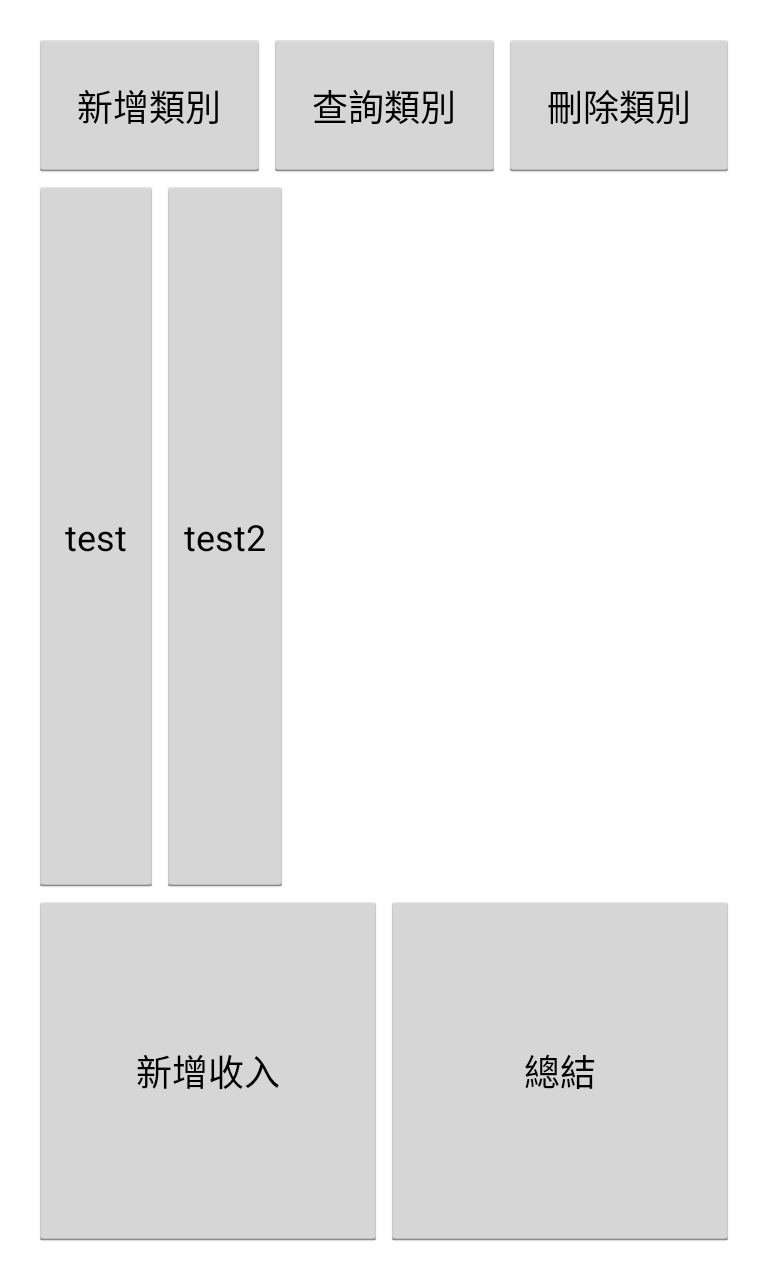
Repository: rayyrayy/Android-app-project
Layout: flashaccounting/easy money manager/res/layout/activity_main.xml
An editor plug-in stored every save of this project. The layout is shown before and after the next save, followed by the edit.
It is drawn on a 768 x 1280 px phone screen (xhdpi) without system bars, with theme AppTheme; the app's code is not run.

Above is the layout before, as saved 2014-11-03 03:34:39.

### flashaccounting/easy money manager/res/layout/activity_main.xml
<RelativeLayout xmlns:android="http://schemas.android.com/apk/res/android"
    xmlns:tools="http://schemas.android.com/tools"
    android:layout_width="fill_parent"
    android:layout_height="fill_parent"
    android:paddingBottom="@dimen/activity_vertical_margin"
    android:paddingLeft="@dimen/activity_horizontal_margin"
    android:paddingRight="@dimen/activity_horizontal_margin"
    android:paddingTop="@dimen/activity_vertical_margin"
    tools:context="com.example.easymoneymanager.MainActivity" >

    <LinearLayout
    android:layout_width="fill_parent"
   	android:layout_height="fill_parent"
	android:orientation="vertical">

   <LinearLayout
    android:layout_width="fill_parent"
   	android:layout_height="wrap_content"
   	android:layout_weight="1"
   	android:orientation="horizontal">

   	    <LinearLayout
    	android:layout_width="fill_parent"
   		android:layout_height="fill_parent"
   		android:layout_weight="1"
   		android:orientation="horizontal">

    		<Button
        	android:id="@+id/AddClass"
        	android:layout_width="fill_parent"
        	android:layout_height="fill_parent"
        	android:text="新增類別" />

		</LinearLayout>

   		<LinearLayout
       	android:layout_width="fill_parent"
   		android:layout_height="fill_parent"
   		android:layout_weight="1"
   		android:orientation="horizontal">

   		    <Button
        	android:id="@+id/button1"
        	android:layout_width="fill_parent"
        	android:layout_height="fill_parent"
        	android:onClick="querytable"
        	android:text="查詢類別" />

    	</LinearLayout>

   		<LinearLayout
       	android:layout_width="fill_parent"
   		android:layout_height="fill_parent"
   		android:layout_weight="1"
   		android:orientation="horizontal">

    		<Button
        	android:id="@+id/DelClass"
        	android:layout_width="fill_parent"
        	android:layout_height="fill_parent"
        	android:onClick="DelClass"
        	android:text="刪除類別" />

  	  	</LinearLayout>

	</LinearLayout>

   	<LinearLayout
    android:layout_width="fill_parent"
    android:layout_height="wrap_content"
   	android:layout_weight="12"
   	android:orientation="horizontal">

	    <GridLayout
  	      android:id="@+id/gridLayout1"
	      android:layout_width="fill_parent"
 	      android:layout_height="fill_parent"
 	      android:columnCount="3"
  	      android:orientation="horizontal"
  	      android:stretchMode="spacingWidthUniform"
  	      android:rowCount="3"
  	      android:layout_gravity="fill">

	        <Button
        	android:id="@+id/test"
        	android:layout_width="wrap_content"
        	android:layout_height="match_parent"
        	android:layout_gravity="fill_vertical"
        	android:text="test" />

	        <Button
        	android:id="@+id/test2"
        	android:layout_width="wrap_content"
        	android:layout_height="match_parent"
        	android:layout_gravity="fill_vertical"
        	android:text="test2" />
 	   </GridLayout>

    </LinearLayout>


   	<LinearLayout
    android:layout_width="fill_parent"
    android:layout_height="wrap_content"
   	android:layout_weight="5"
   	android:orientation="horizontal">

   	    <LinearLayout
       	android:layout_width="fill_parent"
   		android:layout_height="fill_parent"
   		android:layout_weight="1"
   		android:orientation="horizontal">

  			<Button
        	android:id="@+id/button3"
        	android:layout_width="fill_parent"
        	android:layout_height="fill_parent"
        	android:text="新增收入" />

  		</LinearLayout>

   	    <LinearLayout
       	android:layout_width="fill_parent"
   		android:layout_height="fill_parent"
   		android:layout_weight="1"
   		android:orientation="horizontal">

  			<Button
        	android:id="@+id/button4"
        	android:layout_width="fill_parent"
        	android:layout_height="fill_parent"
        	android:text="總結" />

  		</LinearLayout>
    </LinearLayout>

   	</LinearLayout>
</RelativeLayout>

Loaded but not shown: flashaccounting/easy money manager/res/values/styles.xml (common file); flashaccounting/easy money manager/res/values-v11/styles.xml (common file); flashaccounting/easy money manager/res/values-v14/styles.xml (common file); flashaccounting/easy money manager/res/values/dimens.xml (common file); flashaccounting/easy money manager/res/values-w820dp/dimens.xml (common file)

After the next save:
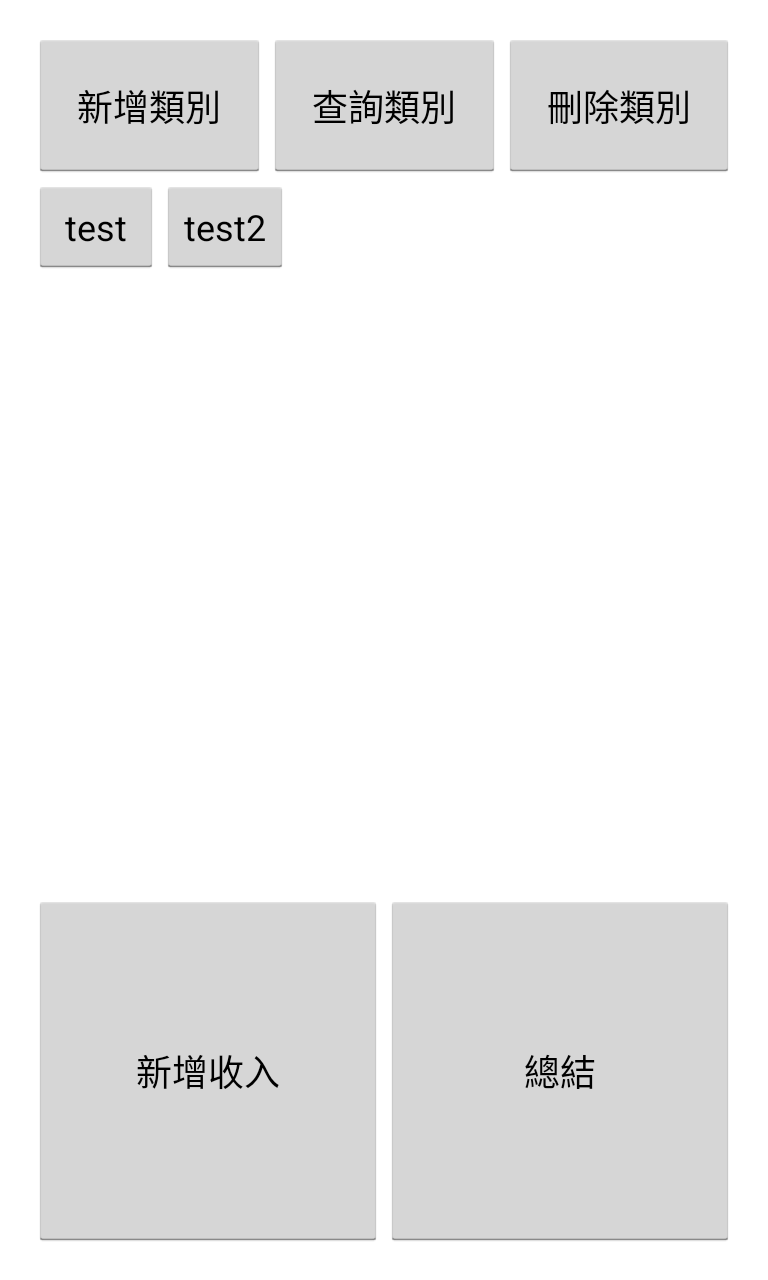
Saved 2 min 15 s later.
--- a/flashaccounting/easy money manager/res/layout/activity_main.xml
+++ b/flashaccounting/easy money manager/res/layout/activity_main.xml
@@ -84,14 +84,14 @@
 	        <Button
         	android:id="@+id/test"
         	android:layout_width="wrap_content"
-        	android:layout_height="match_parent"
+        	android:layout_height="wrap_content"
         	android:layout_gravity="fill_vertical"
         	android:text="test" />
 
 	        <Button
         	android:id="@+id/test2"
         	android:layout_width="wrap_content"
-        	android:layout_height="match_parent"
+        	android:layout_height="wrap_content"
         	android:layout_gravity="fill_vertical"
         	android:text="test2" />
  	   </GridLayout>
